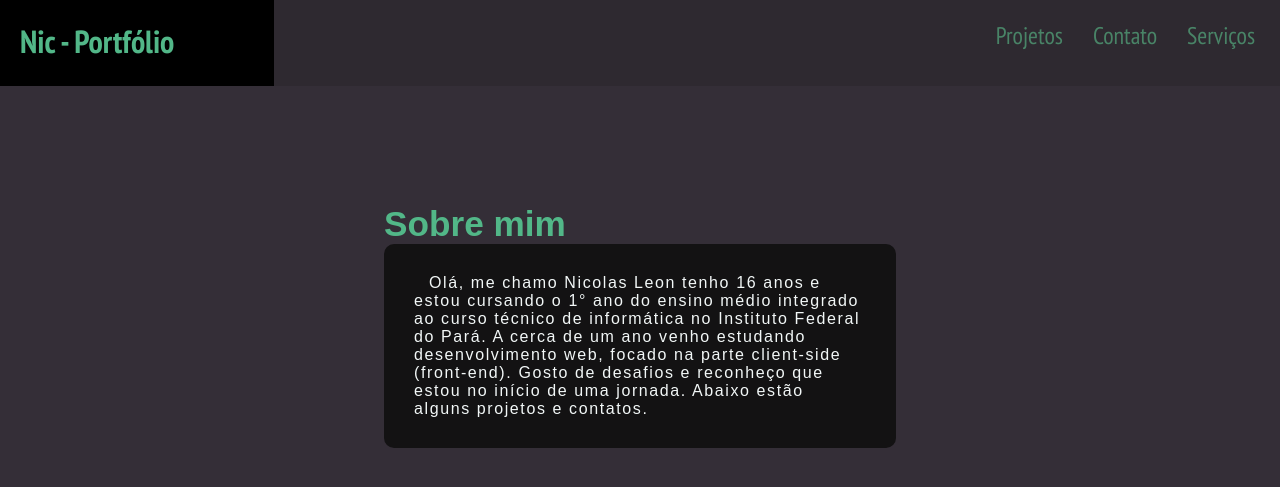
Repository: Leonngc/portfolio
Page: index.html
These files come from the project's save history. The page is drawn as it stood at one moment and after the next save; the edit follows.
The browser window is 1280 px wide. The pictures show the whole page.

Above is the page before, as saved 2022-12-02 10:53:08.

### index.html
<!DOCTYPE html>
<html lang="en">

<head>
    <meta charset="UTF-8">
    <meta http-equiv="X-UA-Compatible" content="IE=edge">
    <meta name="viewport" content="width=device-width, initial-scale=1.0">
    <meta name="keywords" content="portfolio, web, dev, website, desenvolvedor">
    <meta name="description" content="Meu portfolio de desenvolvedor web">
    <title>Nic Portfólio</title>
    <link rel="stylesheet" href="home.css">
</head>

<body>
    <header>
        <h1>Nic - Portfólio</h1>
        <nav class="menu">
            <ul>
                <li><a href="">Projetos</a></li>
                <li><a href="">Contato</a></li>
                <li><a href="">Serviços</a></li>
            </ul>
        </nav>
    </header>
    <section>
        <span>
            <img src="" alt="">
        </span>
    </section>

    <section>
        <h2>Sobre mim</h2>
        <p>Olá, me chamo Nicolas Leon tenho 16 anos e estou cursando o 1° ano do ensino médio integrado ao curso técnico de informática no Instituto Federal do Pará.  A cerca de um ano venho estudando desenvolvimento web, focado na parte client-side (front-end). Gosto de desafios e reconheço que estou no início de uma jornada. Abaixo estão alguns projetos e contatos.</p>
    </section>


</body>

</html>

### home.css
@import url('https://fonts.googleapis.com/css2?family=PT+Sans+Narrow:wght@400;700&display=swap');

@import url('https://fonts.googleapis.com/css2?family=Ubuntu+Condensed&display=swap');

:root{
    --background:#342E37;
    --letters: #52B788;
    --font-texts: font-family: 'Ubuntu Condensed', sans-serif;
}
*{
    margin: 0;
    padding: 0;
}
body{
    background-color: var(--background);
    color: var(--letters);
}

header{
    display: flex;
    flex-wrap: wrap;
    justify-content: space-between;
    background-color: #2e2930;
    height: 12vh;
}

header > h1{
    font-family:'PT Sans Narrow', sans-serif;
    margin-left: 0px;
    padding: 20px;
    padding-right: 100px;
    background-color: black;
}

 ul {
    display: flex;
    flex-wrap: wrap;
}

ul > li{
    list-style: none;
    margin: 10px;
}

li > a{
    text-decoration: none;
    color: var(--letters);
    font-family: 'PT Sans Narrow', sans-serif;
    font-size: 1.5em;
    color: #498467;
    padding: 5px;
}

.menu{
    margin-top: 10px;
    margin-right: 10px;
}

li > a:hover{
    text-decoration: underline;
    color: #498480;
}

section{
    width: 40%;
    margin: 0px auto;
    margin-top: 50px;
}

section > h2{
    font-family: sans-serif;
    font-size: 2.2em;
}

section > p{
    border-radius: 10px;
    padding: 30px;
    background-color: #131213;
    color: #f2f7f7;
    font-family: Arial, Helvetica, sans-serif;
    letter-spacing: .1em;
    text-align: left;
    text-indent: 15px;
}

After the next save:
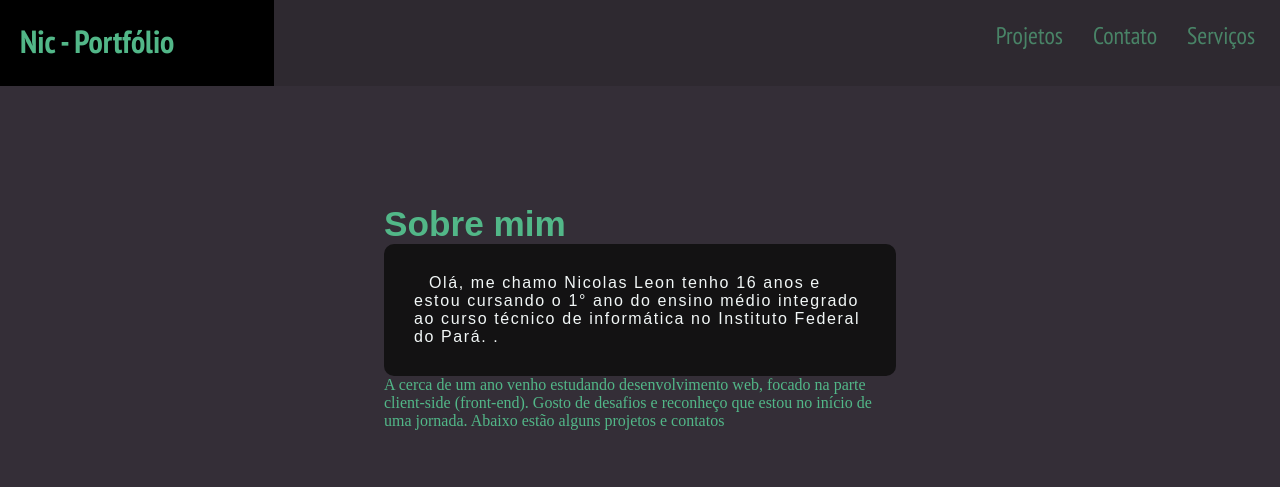
Saved 6 s later.
--- a/index.html
+++ b/index.html
@@ -30,7 +30,7 @@
 
     <section>
         <h2>Sobre mim</h2>
-        <p>Olá, me chamo Nicolas Leon tenho 16 anos e estou cursando o 1° ano do ensino médio integrado ao curso técnico de informática no Instituto Federal do Pará.  A cerca de um ano venho estudando desenvolvimento web, focado na parte client-side (front-end). Gosto de desafios e reconheço que estou no início de uma jornada. Abaixo estão alguns projetos e contatos.</p>
+        <p>Olá, me chamo Nicolas Leon tenho 16 anos e estou cursando o 1° ano do ensino médio integrado ao curso técnico de informática no Instituto Federal do Pará.  .</p>A cerca de um ano venho estudando desenvolvimento web, focado na parte client-side (front-end). Gosto de desafios e reconheço que estou no início de uma jornada. Abaixo estão alguns projetos e contatos
     </section>
 
 
